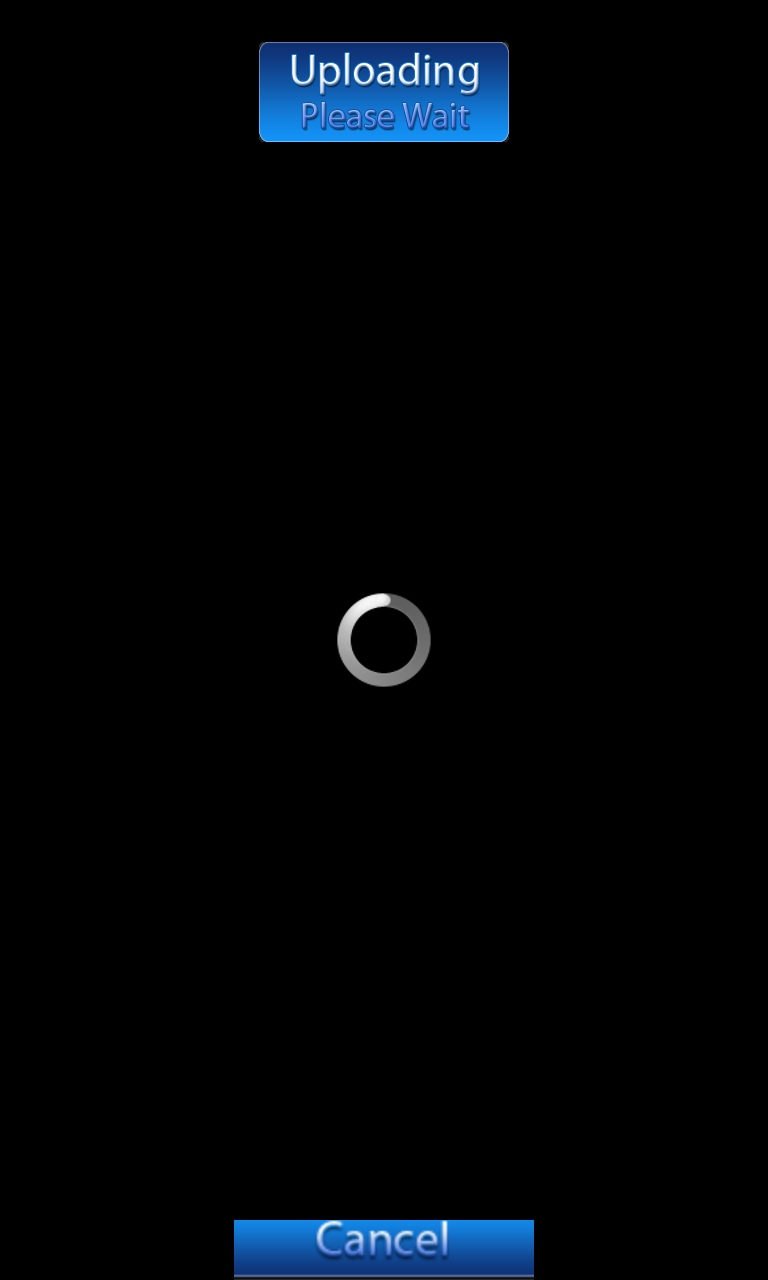
Repository: Matt-Bishop/HP-Photo-Kiosk
Layout: workspace/HP_PK/res/layout/uploading.xml
These files come from the project's save history. The layout is drawn as it stood at one moment and after the next save; the edit follows.
It is drawn on a 768 x 1280 px phone screen (xhdpi) without system bars, with theme android:Theme; the app's code is not run.

Above is the layout before, as saved 2011-01-05 02:18:29.

### workspace/HP_PK/res/layout/uploading.xml
<?xml version="1.0" encoding="utf-8"?>
<RelativeLayout
android:id="@+id/widget85"
android:layout_width="fill_parent"
android:layout_height="fill_parent"
xmlns:android="http://schemas.android.com/apk/res/android"
>
<ProgressBar
android:id="@+id/widget36"
android:layout_width="wrap_content"
android:layout_height="wrap_content"
android:indeterminate="true"
android:layout_centerVertical="true"
android:layout_centerHorizontal="true"
>
</ProgressBar>
<ImageView
android:id="@+id/widget37"
android:layout_width="250px"
android:layout_height="100px"
android:src="@drawable/hp_uploading"
android:layout_below="@+id/widget88"
android:layout_centerHorizontal="true"
>
</ImageView>
<FrameLayout
android:id="@+id/widget88"
android:layout_width="wrap_content"
android:layout_height="21px"
android:layout_below="@+id/widget86"
android:layout_alignParentLeft="true"
>
</FrameLayout>
<FrameLayout
android:id="@+id/widget86"
android:layout_width="wrap_content"
android:layout_height="21px"
android:layout_alignParentTop="true"
android:layout_alignParentLeft="true"
>
<FrameLayout
android:id="@+id/widget87"
android:layout_width="wrap_content"
android:layout_height="wrap_content"
>
</FrameLayout>
</FrameLayout>
<ImageButton
android:id="@+id/up_cancel"
android:layout_width="300px"
android:layout_height="60px"
android:src="@drawable/hp_cancel_button"
android:layout_alignParentBottom="true"
android:layout_centerHorizontal="true"
>
</ImageButton>
</RelativeLayout>

After the next save:
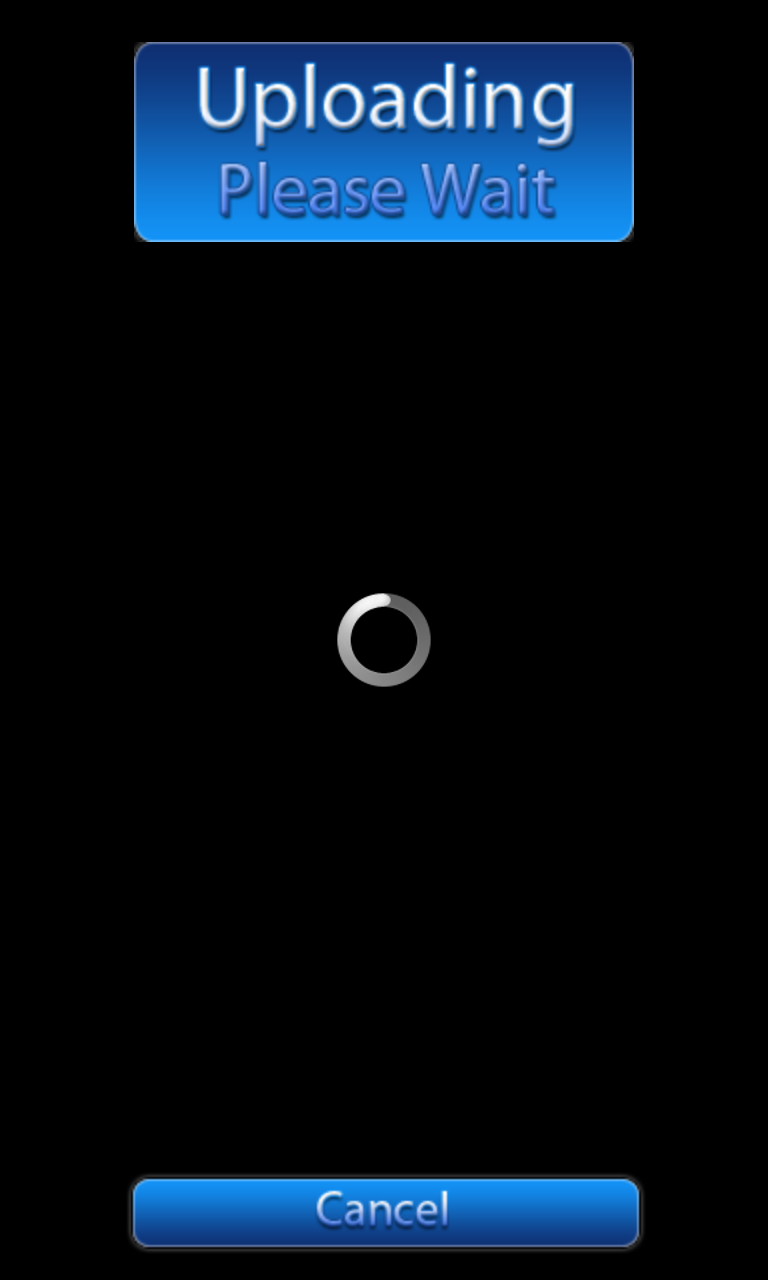
Saved 31 s later.
--- a/workspace/HP_PK/res/layout/uploading.xml
+++ b/workspace/HP_PK/res/layout/uploading.xml
@@ -16,8 +16,8 @@
 </ProgressBar>
 <ImageView
 android:id="@+id/widget37"
-android:layout_width="250px"
-android:layout_height="100px"
+android:layout_width="250dip"
+android:layout_height="100dip"
 android:src="@drawable/hp_uploading"
 android:layout_below="@+id/widget88"
 android:layout_centerHorizontal="true"
@@ -47,8 +47,8 @@
 </FrameLayout>
 <ImageButton
 android:id="@+id/up_cancel"
-android:layout_width="300px"
-android:layout_height="60px"
+android:layout_width="300dip"
+android:layout_height="60dip"
 android:src="@drawable/hp_cancel_button"
 android:layout_alignParentBottom="true"
 android:layout_centerHorizontal="true"
